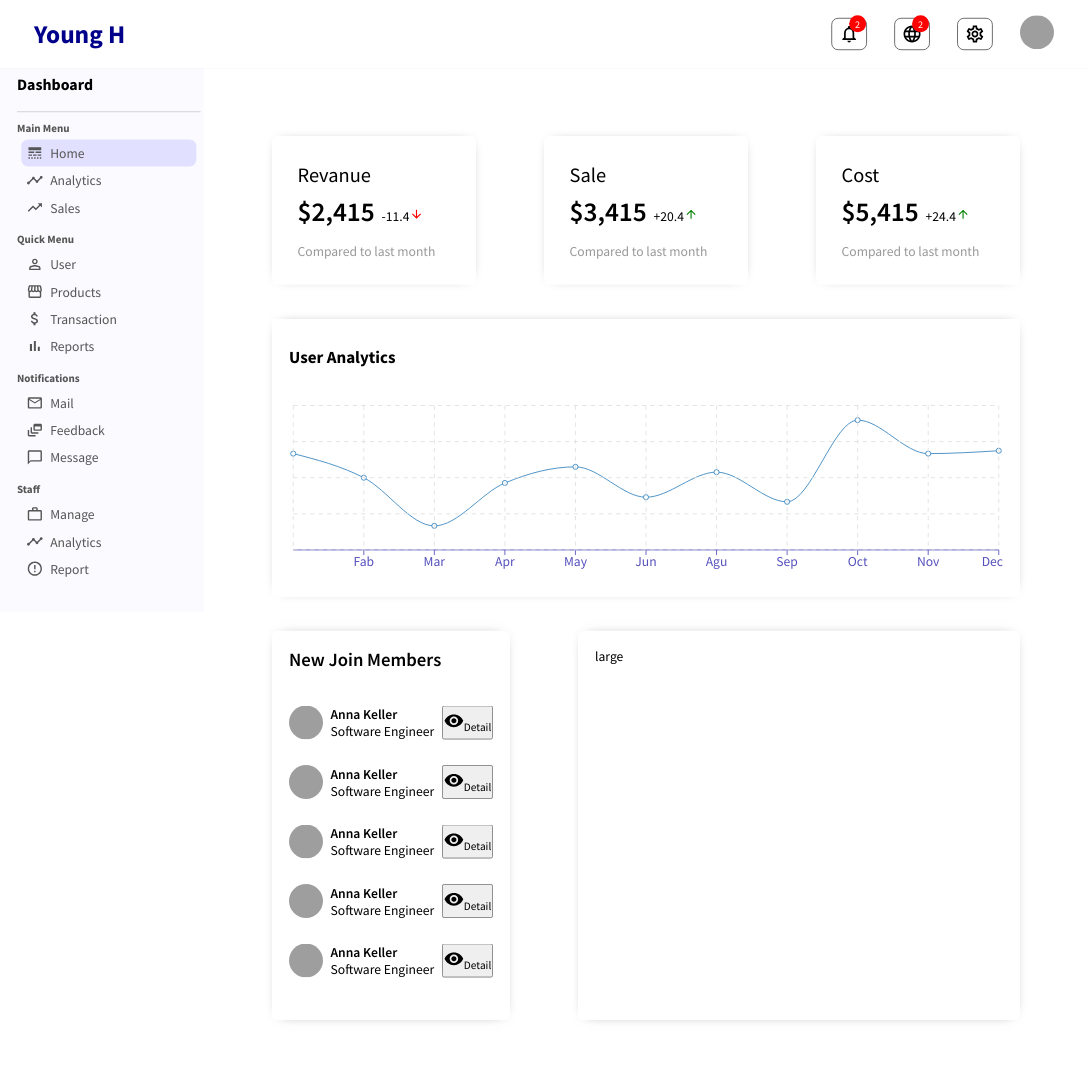
Repository: noname20011/admin
Page: /
An editor plug-in stored every save of this project. The page is shown before and after the next save, followed by the edit.
The browser window is 1280 px wide. The pictures show the whole page, at 85% of full size.
Pictures or frames that could not be fetched are drawn as grey boxes. The project was rebuilt for these pictures with package versions that can differ from the ones it lists, and the page was loaded fresh each time.

Above is the page before, as saved 2021-11-14 08:54:19.

After the next save:
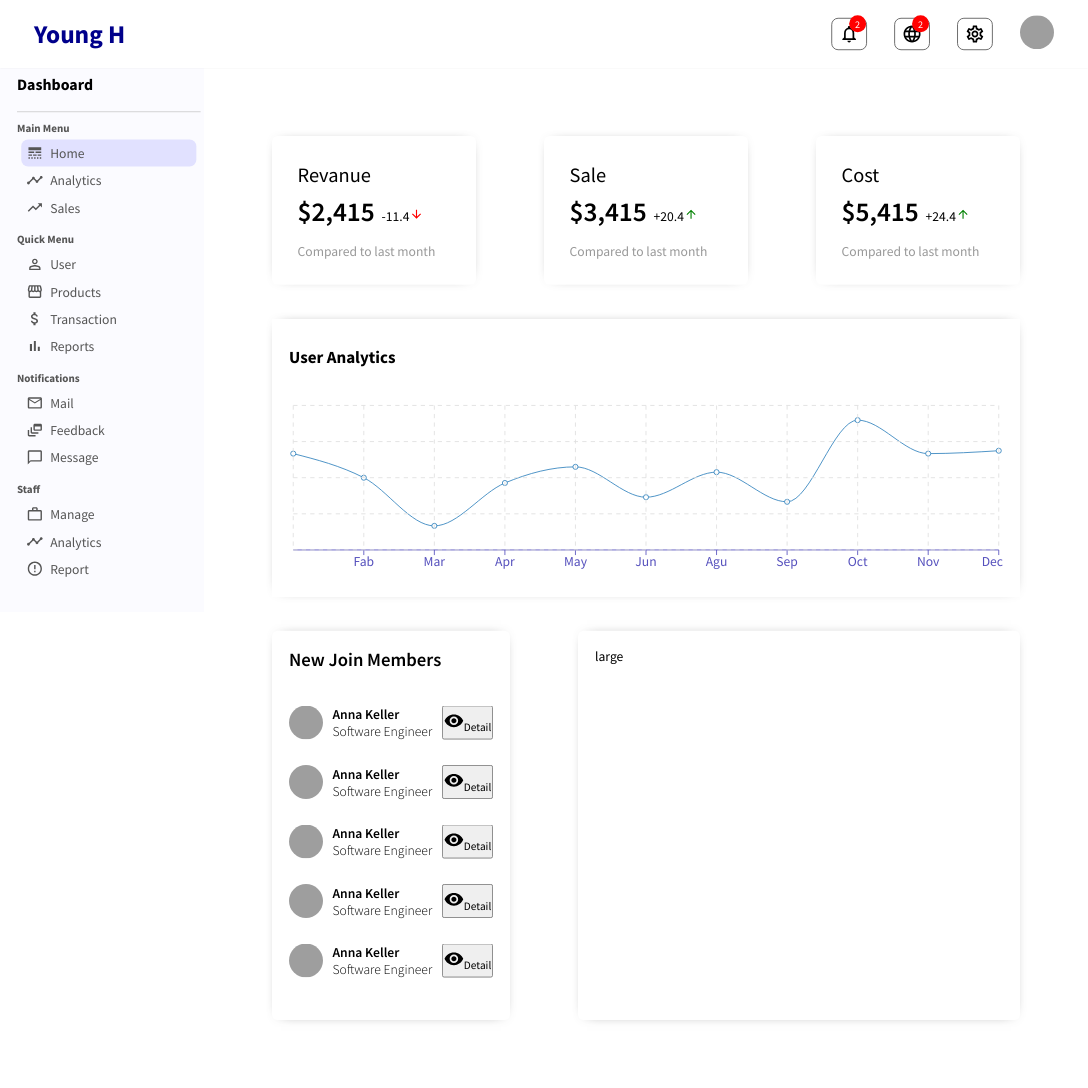
Saved 10 s later.
--- a/src/comopnents/widgetSm/widgetSm.css
+++ b/src/comopnents/widgetSm/widgetSm.css
@@ -34,3 +34,7 @@
 .widgetSmUsername {
     font-weight: 600;
 }
+
+.widgetSmUserTitle {
+    font-weight: 300;
+}
